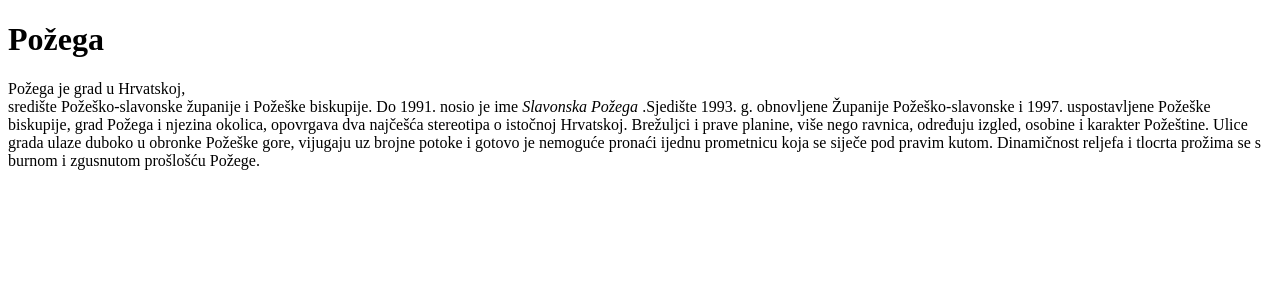
Repository: larabiondic/wp_biondic_lara
Page: Domace zadace/Zadaca 1.html
An editor plug-in stored every save of this project. The page is shown before and after the next save, followed by the edit.
The browser window is 1280 px wide. The pictures show the whole page.

Above is the page before, as saved 2025-10-23 02:30:58.

After the next save:
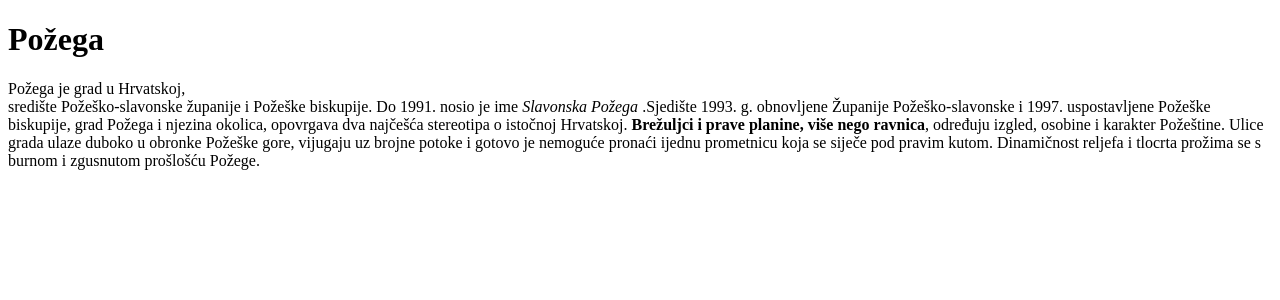
Saved 66 s later.
--- a/Domace zadace/Zadaca 1.html
+++ b/Domace zadace/Zadaca 1.html
@@ -14,7 +14,7 @@
          županije i Požeške biskupije. Do 1991. nosio je ime <em>Slavonska Požega</em>
           .Sjedište 1993. g. obnovljene Županije Požeško-slavonske i 1997. uspostavljene
            Požeške biskupije, grad Požega i njezina okolica, opovrgava dva najčešća stereotipa
-            o istočnoj Hrvatskoj. Brežuljci i prave planine, više nego ravnica, određuju izgled,
+            o istočnoj Hrvatskoj. <strong>Brežuljci i prave planine, više nego ravnica</strong>, određuju izgled,
              osobine i karakter Požeštine. Ulice grada ulaze duboko u obronke Požeške gore, vijugaju
               uz brojne potoke i gotovo je nemoguće pronaći ijednu prometnicu koja se siječe pod pravim
                kutom. Dinamičnost reljefa i tlocrta prožima se s burnom i zgusnutom prošlošću Požege.</p>
